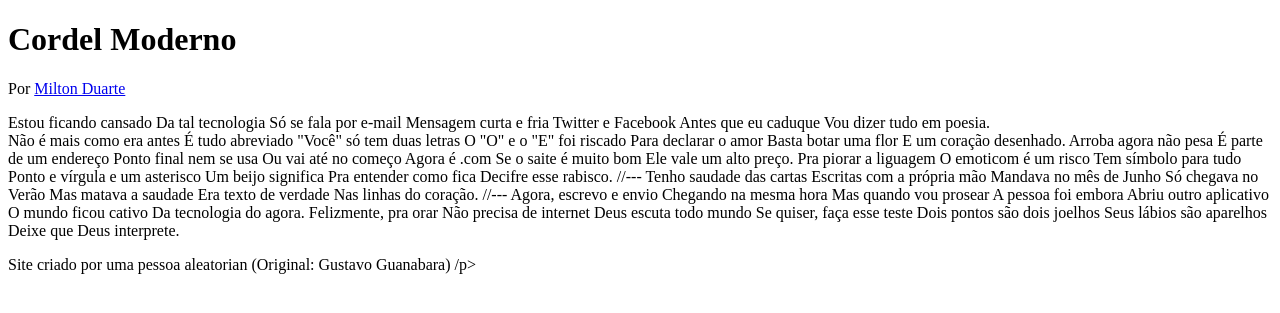
Repository: Codigo404q/html-css
Page: AHAHAHAHAHAHAHHHHHHHHHAHAHAHAHAHAHHAHAH/d012/index.html
These files come from the project's save history. The page is drawn as it stood at one moment and after the next save; the edit follows.
The browser window is 1280 px wide. The pictures show the whole page.

Above is the page before, as saved 2024-01-07 22:39:00.

After the next save:
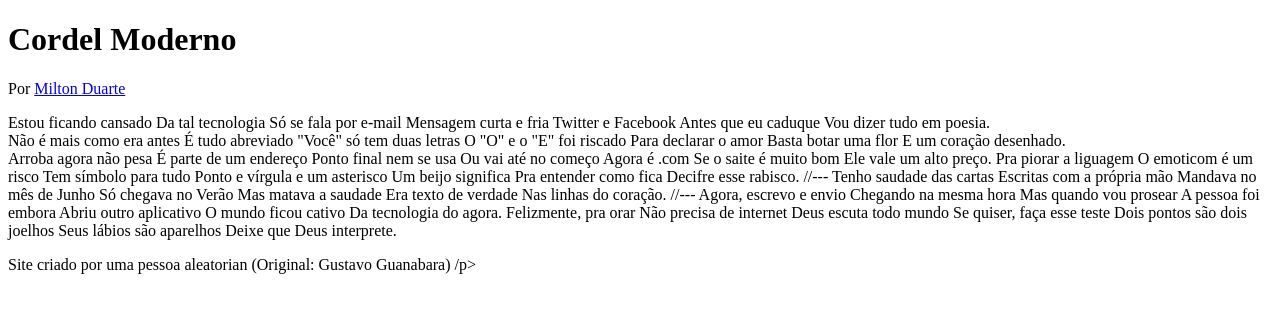
Saved 8 s later.
--- a/AHAHAHAHAHAHAHHHHHHHHHAHAHAHAHAHAHHAHAH/d012/index.html
+++ b/AHAHAHAHAHAHAHHHHHHHHHAHAHAHAHAHAHHAHAH/d012/index.html
@@ -24,14 +24,15 @@
 
 
 
-    Não é mais como era antes
-    É tudo abreviado
-    "Você" só tem duas letras
-    O "O" e o "E" foi riscado
-    Para declarar o amor
-    Basta botar uma flor
-    E um coração desenhado.
-
+    <section>
+        Não é mais como era antes
+        É tudo abreviado
+        "Você" só tem duas letras
+        O "O" e o "E" foi riscado
+        Para declarar o amor
+        Basta botar uma flor
+        E um coração desenhado.
+    </section>
 
 
     Arroba agora não pesa
